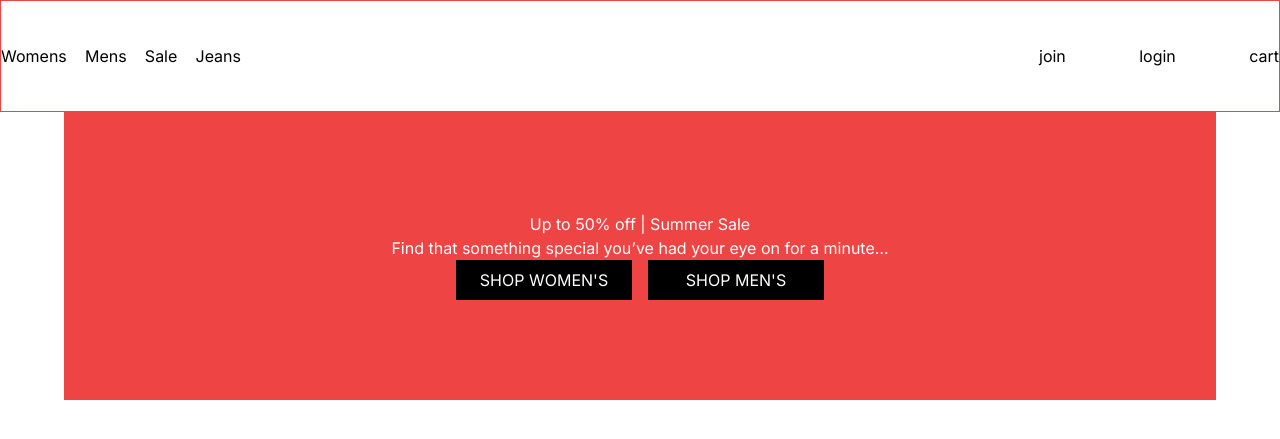
Repository: harrywebb21/stil-clothing
Page: /
These files come from the project's save history. The page is drawn as it stood at one moment and after the next save; the edit follows.
The browser window is 1280 px wide. The pictures show the whole page.
The project was rebuilt for these pictures with package versions that can differ from the ones it lists, and the page was loaded fresh each time. The framework's server and built-in components were replaced by stand-ins that run in the browser. Also part of the build but not shown: next.config.js.

Above is the page before, as saved 2023-06-08 16:09:13.

After the next save:
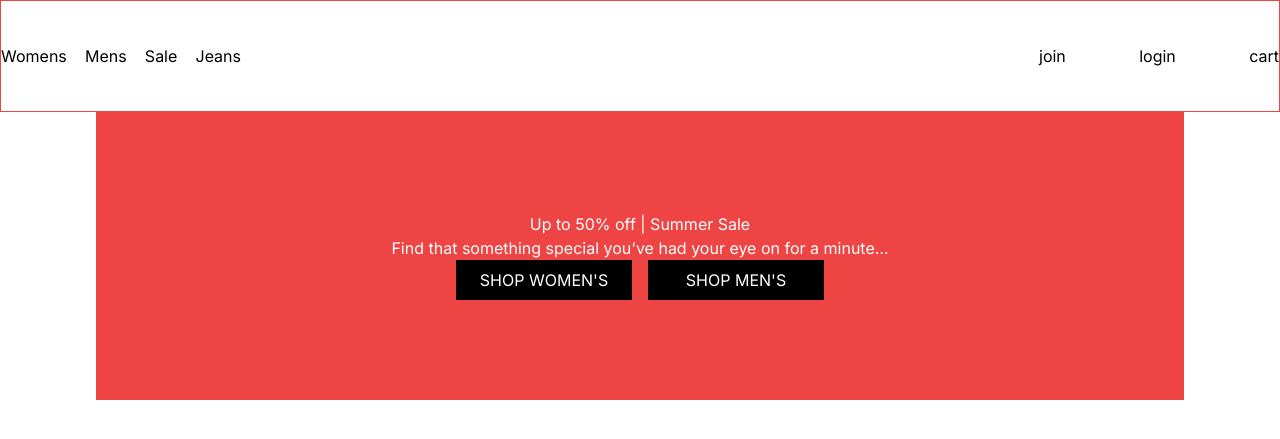
Saved 43 s later.
--- a/src/app/page.js
+++ b/src/app/page.js
@@ -7,7 +7,7 @@ export default function Home() {
   return (
     <div>
       <Navbar />
-      <div className="flex justify-center items-center px-16">
+      <div className="flex justify-center items-center px-24">
         <SaleBox />
       </div>
     </div>
